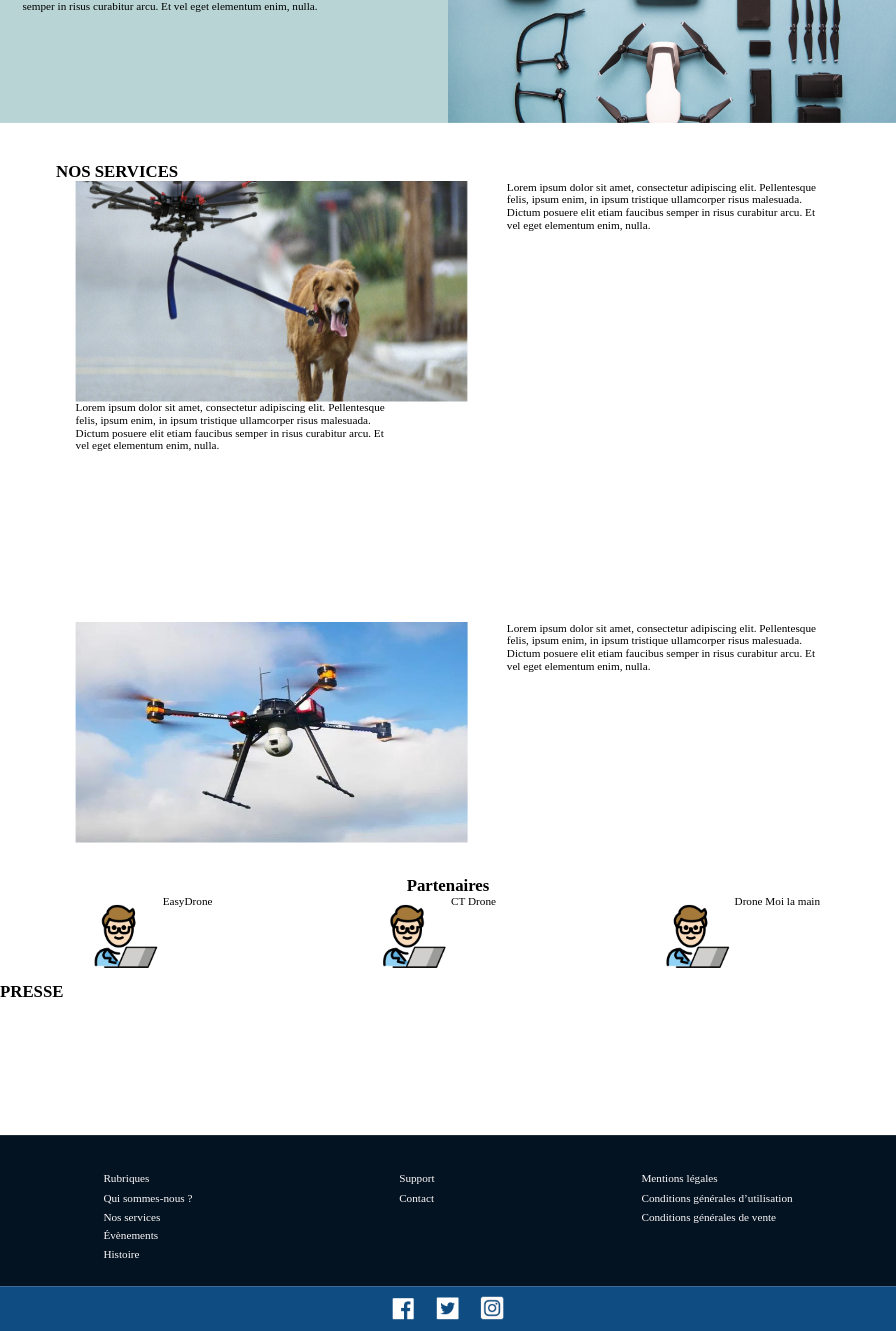
Repository: clairedupuich/serv_drone
Page: http://localhost/aceuille.html
An editor plug-in stored every save of this project. The page is shown before and after a run of saves, followed by the edit.
The browser window is 1280 px wide. The pictures show the part of the page from y = 702 to 2622 px (the page is 2604 px tall before and 2622 px after), at 70% of full size.
Pictures or frames that could not be fetched are drawn as grey boxes. The page is run by PHP 8.4 with error messages shown; the project is at /var/www/html/.

Above is the page before, as saved 2020-11-01 22:21:41.

After the next 2 saves:
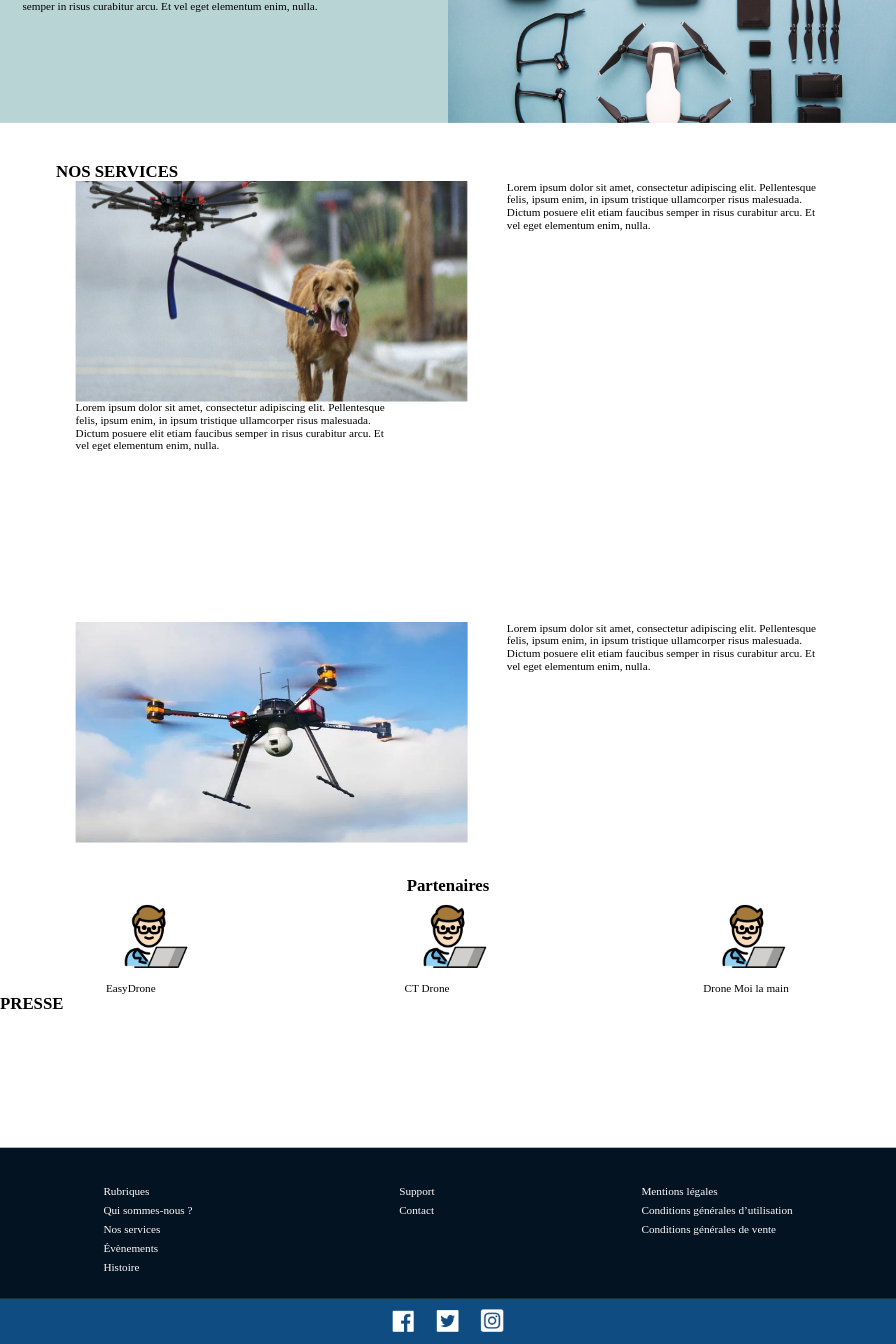
The 2 saves are shown as one change because they came seconds apart.
The last was saved 10 s later.
--- a/style.css
+++ b/style.css
@@ -644,5 +644,6 @@ form {
     justify-content: space-around;
 }
 .block-partner {
-    display: ;
-}
+    display: grid;
+
+}
